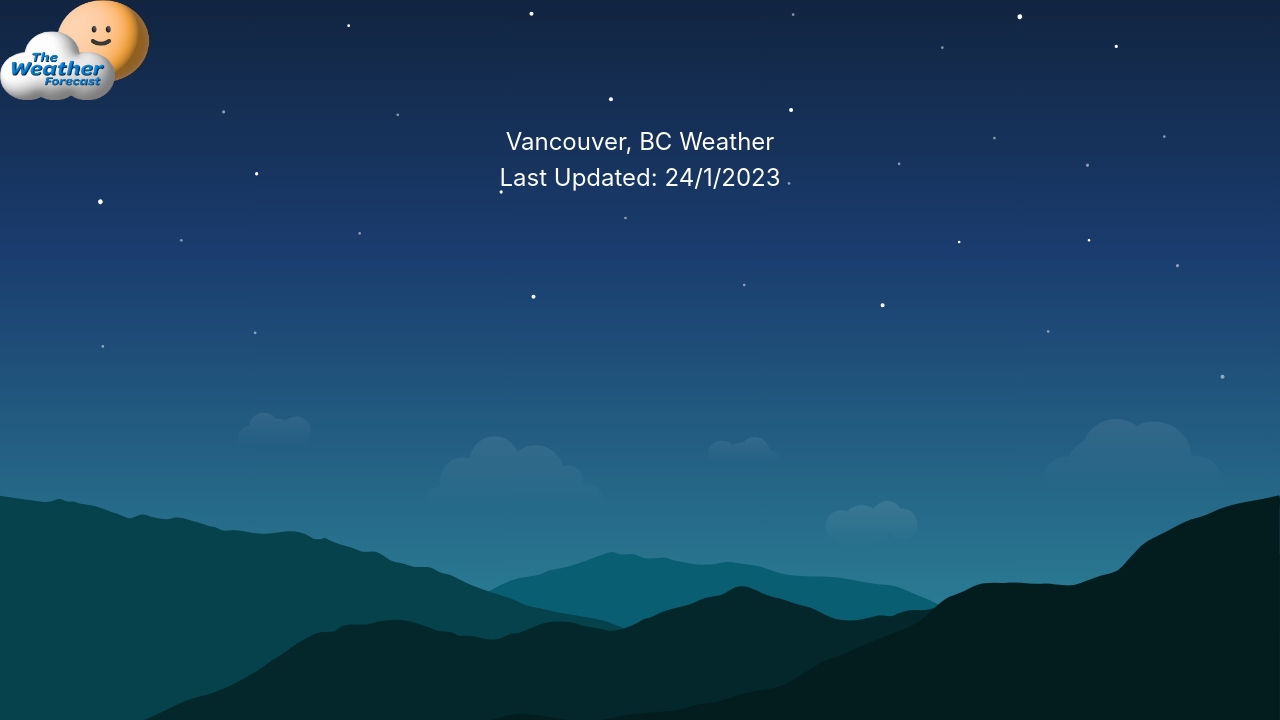
Repository: marianfran/weather-api-version2
Page: /
These files come from the project's save history. The page is drawn as it stood at one moment and after the next save; the edit follows.
The browser window is 1280 px wide. The pictures show the whole page.
Backgrounds fixed to the window are drawn as part of the page. The project was rebuilt for these pictures with package versions that can differ from the ones it lists, and the page was loaded fresh each time. The framework's server and built-in components were replaced by stand-ins that run in the browser. Also part of the build but not shown: next.config.js.

Above is the page before, as saved 2023-02-22 18:31:22.

### pages/index.js
import Head from 'next/head'
import Image from 'next/image'
import styles from '@/styles/Home.module.css'
import { useState, useEffect, useRef } from 'react'
import axios from 'axios'


export default function Home() {

  const apiKey="337d9d16c0707a7b146df97fae12c16b";
  const location = "Vancouver";
  const units = "metric";
  const url = `https://api.openweathermap.org/data/2.5/forecast?q=${location}&units=${units}&appid=${apiKey}`;

  const [data, setData] = useState();
  const grabWeather = useRef(false);

  const fetchWeather = async () => {
    const response = await axios.get(url);
    console.log(response);

    console.log(response.data.list);
    const arrayOfDays = [];

    let weatherData = response.data.list.map((weather, index) => {
      console.log(parseInt(weather.dt_txt.substr(8,2),10))
      let num = parseInt(weather.dt_txt.substr(8,2),10)

      if(num !== arrayOfDays.find(element => element === num)) {
        arrayOfDays.push(num);
        console.log("Here");
        console.log(response.data.list[index]);

        var month = '';
        var icon = '';

        if(weather.dt_txt.substr(5,2) == 1){
          month = "January";
        } else if(weather.dt_txt.substr(5,2) == 2){
          month = "February";
        } else if(weather.dt_txt.substr(5,2) == 3){
          month = "March";
        } else if(weather.dt_txt.substr(5,2) == 4){
          month = "April";
        } else if(weather.dt_txt.substr(5,2) == 5){
          month = "May";
        } else if(weather.dt_txt.substr(5,2) == 6){
          month = "June";
        } else if(weather.dt_txt.substr(5,2) == 7){
          month = "July";
        } else if(weather.dt_txt.substr(5,2) == 8){
          month = "August";
        } else if(weather.dt_txt.substr(5,2) == 9){
          month = "September";
        } else if(weather.dt_txt.substr(5,2) == 10){
          month = "October";
        } else if(weather.dt_txt.substr(5,2) == 11){
          month = "November";
        } else if(weather.dt_txt.substr(5,2) == 12){
          month = "December";
        }

        if(weather.weather[0].main == "Clouds"){
          icon = '/icons/Cloudy.png';
        } else if(weather.weather[0].main == "Clear"){
          icon = '/icons/Sunny.png';
        } else if(weather.weather[0].main == "Rain"){
          icon = '/icons/Rain.png';
        } else if(weather.weather[0].main == "Atmosphere"){
          icon = '/icons/Mist.png';
        } else if(weather.weather[0].main == "Snow"){
          icon = '/icons/Snow.png';
        } else if(weather.weather[0].main == "Thunderstorm"){
          icon = '/icons/Thunder.png';
        } else if(weather.weather[0].main == "Drizzle"){
          icon = '/icons/Rain.png';
        }

        var now = new Date(weather.dt_txt);
        var days = ['Sunday', 'Monday', 'Tuesday', 'Wednesday', 'Thursday', 'Friday', 'Saturday'];
        var day = days[now.getDay()];

        return (
          <div key={index}>
            <Image
              src={icon}
              alt={icon}
              width={130}
              height={100}
              priority
            />
            <p>
              {day} <br/> {month} {weather.dt_txt.substr(8,2)}, {weather.dt_txt.substr(0,4)}
            </p>
            <div>{weather.main.temp.toFixed(1)} °C</div>
            <div>{weather.weather[0].main}</div>
          </div>
        )
      }
    })
    console.log(arrayOfDays);
    setData(weatherData);
  }

  useEffect(() => {
    if (grabWeather.current === true) {
      fetchWeather()
    }

    return () => {
      grabWeather.current = true;
    }

  }, []);

  const current = new Date();
  const date = `${current.getDate()}/${current.getMonth()+1}/${current.getFullYear()}`;


  return (
    <>
      <Head>
        <title>Weather App</title>
        <meta name="description" content="Generated by create next app" />
        <meta name="viewport" content="width=device-width, initial-scale=1" />
        <link rel="icon" href="/WeatherFavicon.png" />
      </Head>

      <main className={styles.main}>

      <div className={styles.container}>
            <a
              href=""
              target="_blank"
              rel="noopener noreferrer"
            >
              <Image
                src="/Logo.png"
                alt="Next.js Logo"
                className={styles.logo}
                width={150}
                height={100}
                priority
              />
            </a>

            <div className={styles.description}>
              <p>
                Vancouver, BC Weather <br />
                Last Updated: {date}
              </p>
             <div>
          </div>
        </div>

        <div className={styles.data}>
          {data}
        </div>

      </div>
      </main>
    </>
  )
}

### styles/globals.css
html,
body {
  padding: 0;
  margin: 0;
  font-family: -apple-system, BlinkMacSystemFont, Segoe UI, Roboto, Oxygen,
    Ubuntu, Cantarell, Fira Sans, Droid Sans, Helvetica Neue, sans-serif;
}

a {
  color: inherit;
  text-decoration: none;
}

div {
  color: white;
}

* {
  box-sizing: border-box;
}

@media (prefers-color-scheme: dark) {
  html {
    color-scheme: dark;
  }
  body {
    color: white;
    background: black;
  }
}

### styles/Home.module.css
.container {
  background-image: url('/nightskybluebg.svg');
  background-size: cover;
  background-repeat: no-repeat;
  background-position: center;
  background-attachment: fixed;
  min-height: 100vh;
  margin: 0;
}

.logo {
  display: flex;
  align-self: center;
  align-items: center;
  justify-content: center;

}

.description {
  text-align: center;
  font-size: 1.5rem;
  line-height: 1.5;
  padding: 0 0.5rem;
}

.data {
  display: flex;
  align-items: center;
  justify-content: center;
}

Loaded but not shown: pages/_app.js (common file); pages/_document.js (common file)

After the next save:
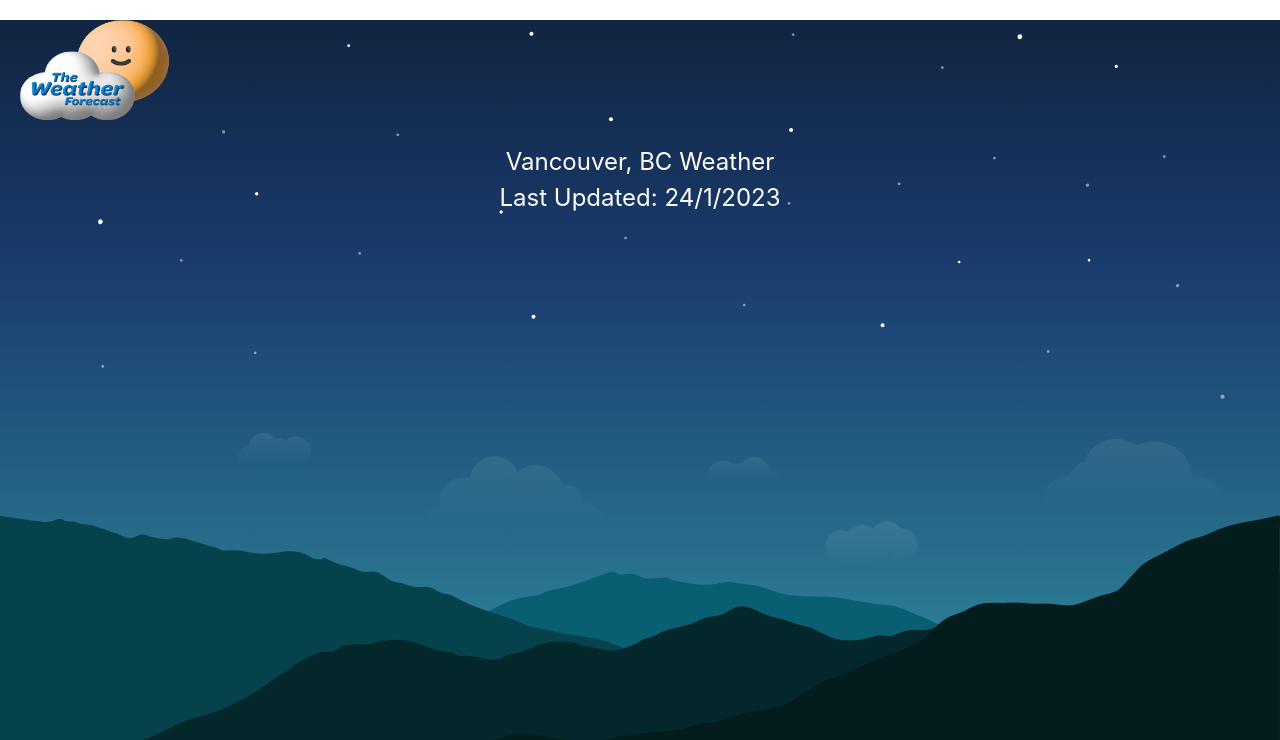
Saved 6 s later.
--- a/styles/Home.module.css
+++ b/styles/Home.module.css
@@ -13,6 +13,7 @@
   align-self: center;
   align-items: center;
   justify-content: center;
+  margin: 20px
 
 }
 
